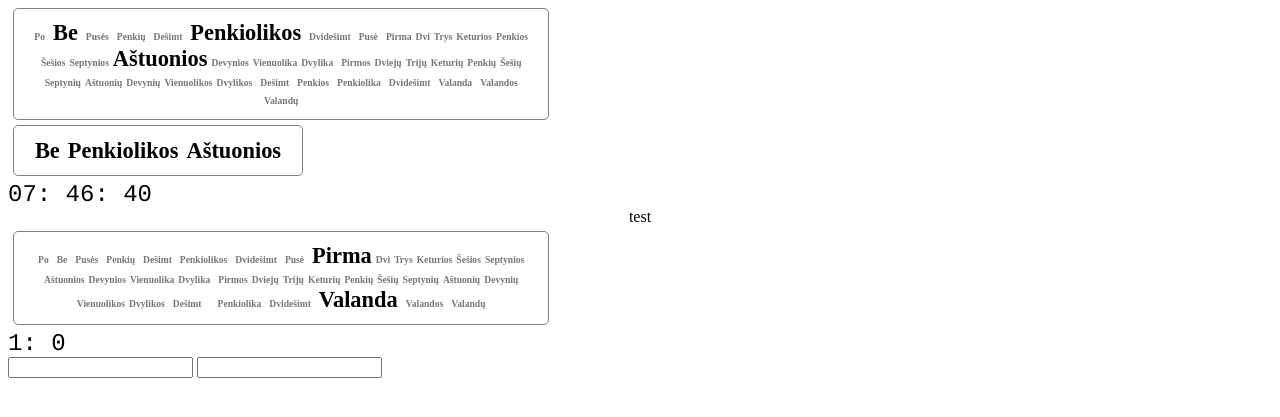
Repository: Skaidrius/WordClock
Page: index.html
The author's editor kept a record of every edit. The page is drawn from the files as they stood at one moment, then again after the next edit.
The browser window is 1280 px wide. The pictures show the whole page.
Some web libraries are served in a nearby version.

Above is the page before.

After the next edit:
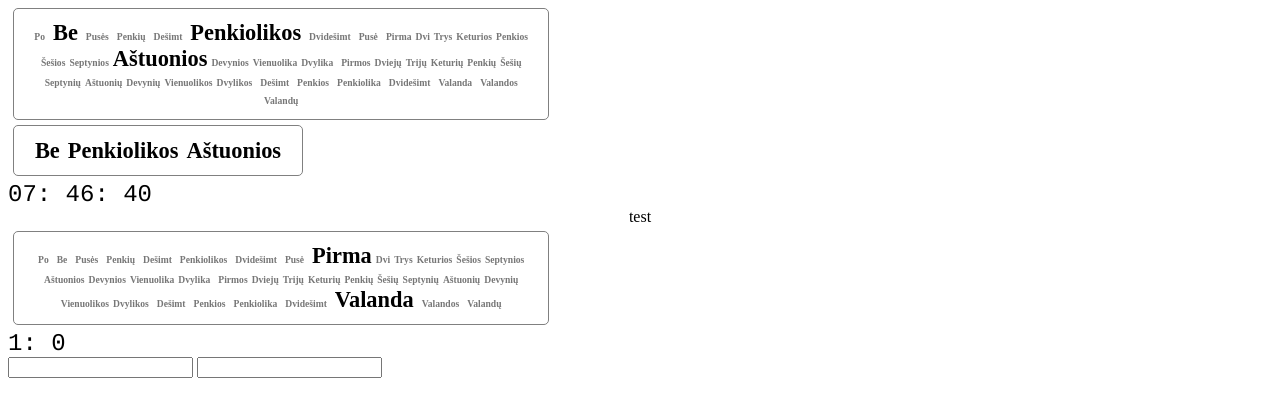
The edit:
--- a/app.js
+++ b/app.js
@@ -91,7 +91,6 @@
         $scope.till = "Be";
         $scope.after = "Po";
 
-        $scope.five = "Penkios";
         $scope.fivetill = "Penkių";
         $scope.ten = "Dešimt";
         $scope.quarter = "Penkiolikos";
